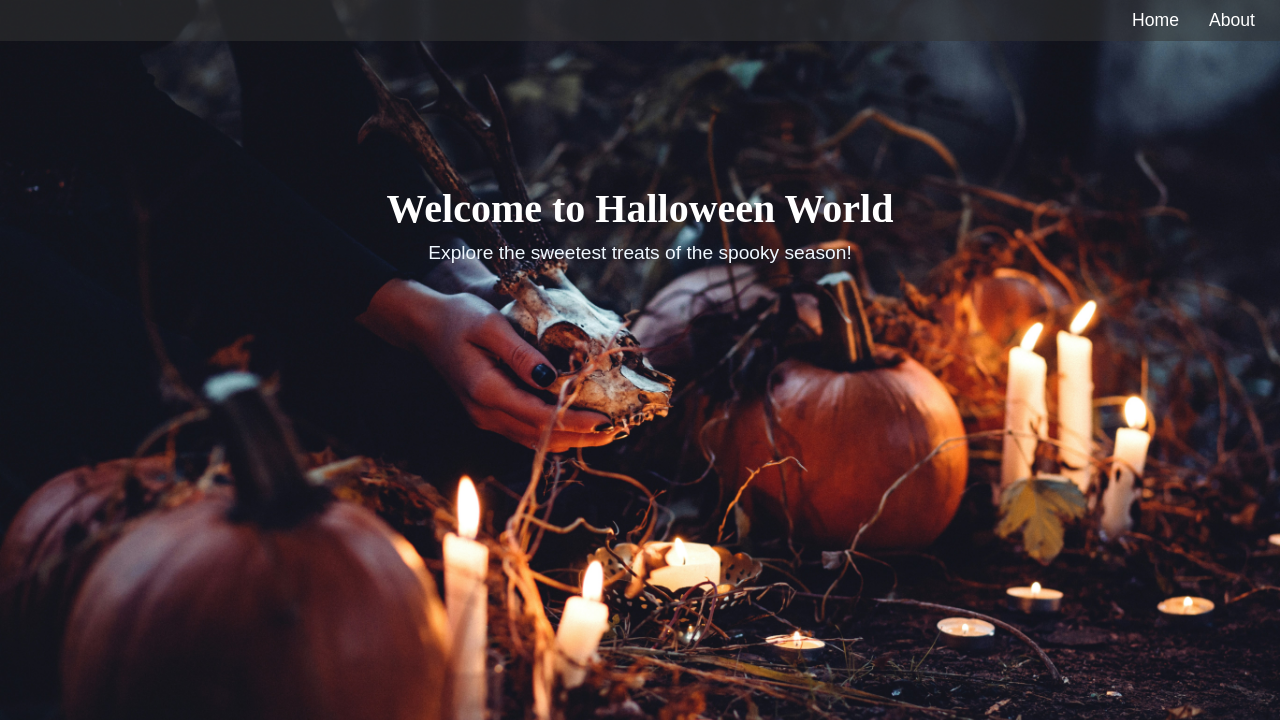
Repository: monicaifijeh/test2
Page: kyportfolio/src/indexHallo.html
An editor plug-in stored every save of this project. The page is shown before and after the next save, followed by the edit.
The browser window is 1280 px wide. The pictures show the whole page.

Above is the page before, as saved 2024-12-20 18:04:43.

### kyportfolio/src/indexHallo.html
<!DOCTYPE html>
<html lang="en">
  <head>
    <meta charset="UTF-8" />
    <meta name="viewport" content="width=device-width, initial-scale=1.0" />
    <title>Halloween Candy</title>
    <link rel="stylesheet" href="kystyle.css" />
  </head>
  <body>
    <nav>
      <ul>
        <li><a href="indexHallo.html">Home</a></li>
        <li><a href="aboutHallo.html">About</a></li>
      </ul>
    </nav>
    <header>
      <h1>Welcome to Halloween World</h1>
      <p>Explore the sweetest treats of the spooky season!</p>
    </header>
    <!--
    <main>
      <section class="intro">
        <h2>Our Top Candies</h2>
        <p>
          Discover a wide range of Halloween candies from chocolates to gummies.
        </p>
      </section>
      <section class="intro">
        <h2>Spooky Specials</h2>
        <p>
          Limited-edition treats that will make your Halloween unforgettable!
        </p>
      </section>
    </main>
    --!
    <footer>
      <p>&copy; 2024 Halloween Candy. All rights reserved.</p>
    </footer>
  </body>
</html>

### kyportfolio/src/kystyle.css
body {
    font-family: Arial, sans-serif;
    margin: 0;
    padding: 0;
background-image: url("/kyportfolio/images/freestocks-twVS-YjQn9Y-unsplash.jpg");
background-repeat: no-repeat;
background-size: cover;
}

header {
    text-align: center;
    padding: 20px;

}

header h1 {
    margin: 0;
    font-size: 2.5rem;
   color: #fff;
   font-family: fantasy;
   margin-top: 10%;
}
.intro{
    color: aliceblue;
    text-align: center;
}

header p {
    color: aliceblue;
    margin: 10px 0;
    font-size: 1.2rem;
}

nav ul {
    display: flex;
    justify-content: right;
    list-style: none;
    padding: 10px;
    background-color: #3333338a;
    margin: 0;
    position: sticky;
}

nav ul li {
    margin: 0 15px;
}

nav ul li a {
    text-decoration: none;
    color: #fff;
    font-size: 1.1rem;
}

nav ul li a:hover {
    text-decoration: underline;
}

main {
    padding: 20px;
    box-sizing: border-box;
    display: block;

}

section {
    margin-bottom: 20px;
}

footer {
    margin-top: 24%;
    text-align: center;
    padding: 10px;
    background-color: #333333b4;
    color: #fff;
    font-size: 0.9rem;

}

After the next save:
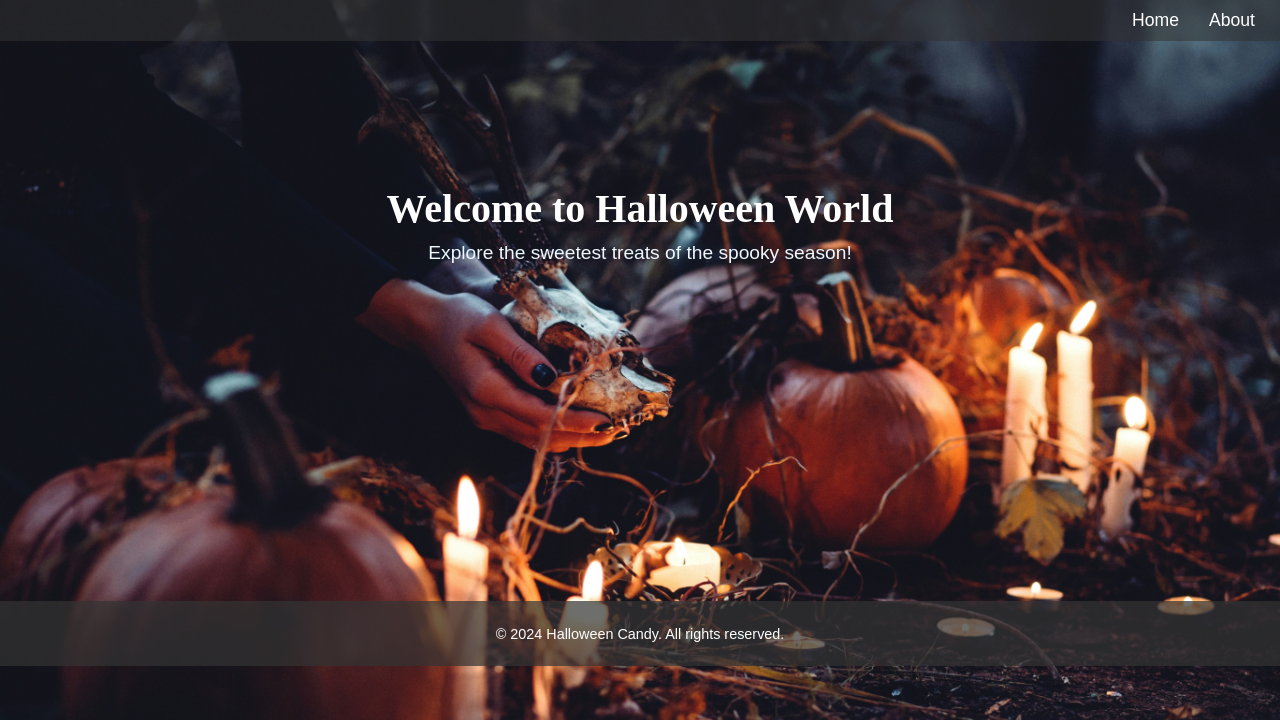
Saved 5 s later.
--- a/kyportfolio/src/indexHallo.html
+++ b/kyportfolio/src/indexHallo.html
@@ -32,7 +32,7 @@
         </p>
       </section>
     </main>
-    --!
+    --!>
     <footer>
       <p>&copy; 2024 Halloween Candy. All rights reserved.</p>
     </footer>

After the save that followed:
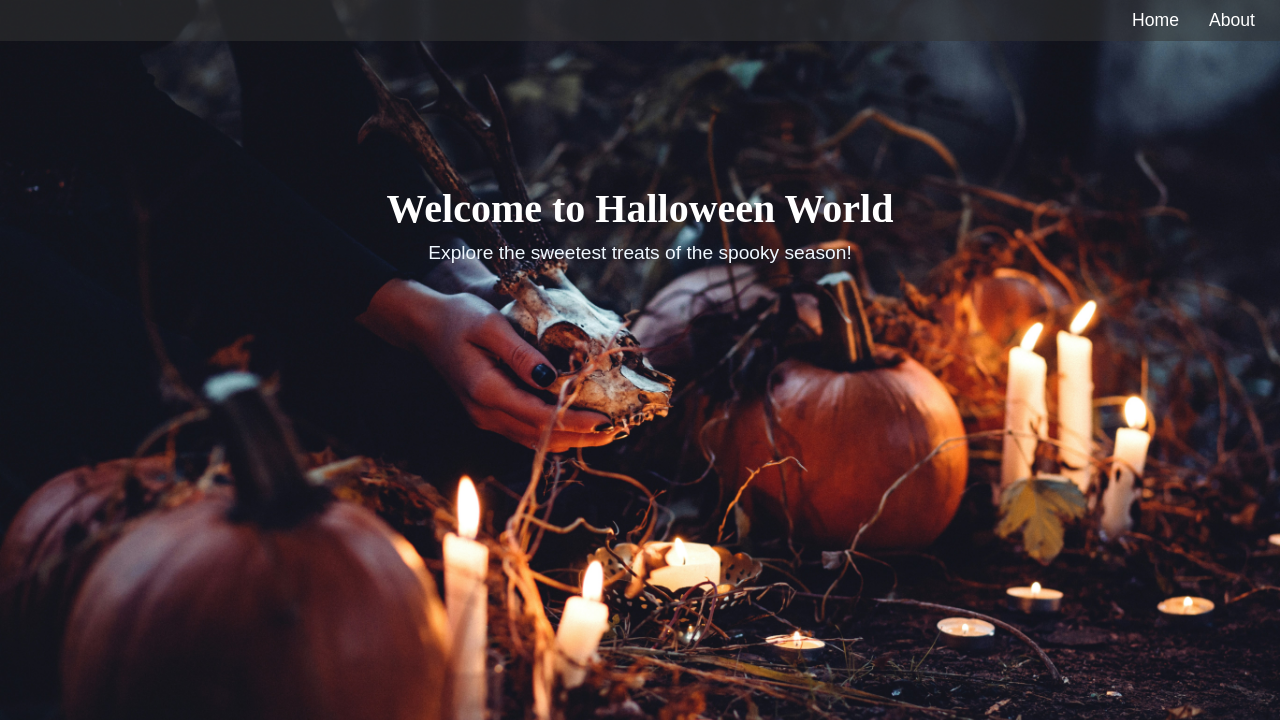
Saved 6 s later.
--- a/kyportfolio/src/indexHallo.html
+++ b/kyportfolio/src/indexHallo.html
@@ -32,7 +32,7 @@
         </p>
       </section>
     </main>
-    --!>
+    --!/>
     <footer>
       <p>&copy; 2024 Halloween Candy. All rights reserved.</p>
     </footer>
